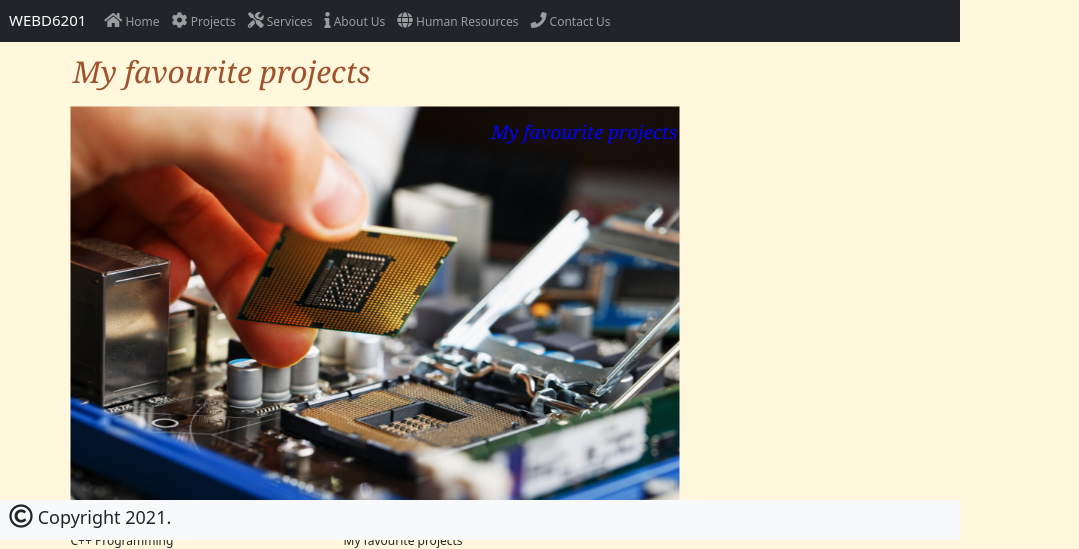
Repository: YiuWingLau/WEBD6201-W2021-Lab1
Page: projects.html
The author's editor kept a copy of each file at every save. The page is drawn from the files as they stood at one save, then again after the next save.
The browser window is 1280 px wide. The page is 1280 px wide, then 1438 px, so the pictures cover 1438 px, including what lies to the right of the window. The pictures show the whole page, at 75% of full size.

Above is the page before, as saved 2021-02-04 20:54:51.

### projects.html
<!DOCTYPE html>
<html lang="en">
<head>
    <meta charset="UTF-8">
    <meta name="viewport" content="width=device-width, initial-scale=1.0">
    <title>Projects</title>

    <!--CSS Section -->
    <link rel="stylesheet" href="./node_modules/bootstrap/dist/css/bootstrap.min.css">
    <link rel="stylesheet" href="./node_modules/@fortawesome//fontawesome-free/css/all.min.css">
    <link rel="stylesheet" href="./Content/app.css">
</head>
<body>
    <!-- Main Header-->
    <header>
      <!-- Main Navigation-->
      <nav class="navbar navbar-expand-lg navbar-dark bg-dark">
          <div class="container-fluid">
            <a class="navbar-brand" href="index.html">WEBD6201</a>
            <button class="navbar-toggler" type="button" data-bs-toggle="collapse" data-bs-target="#navbarSupportedContent" aria-controls="navbarSupportedContent" aria-expanded="false" aria-label="Toggle navigation">
              <span class="navbar-toggler-icon"></span>
            </button>
            <div class="collapse navbar-collapse" id="navbarSupportedContent">
              <ul class="navbar-nav me-auto mb-2 mb-lg-0">

                <li id="navBarIndex" class="nav-item">
                  <a class="nav-link" aria-current="page" href="index.html"><i class="fas fa-home fa-lg"></i> Home</a>
                </li>

                <li id="navBarProjects" class="nav-item">
                  <a class="nav-link active" aria-current="page" href="products.html"><i class="fas fa-cog fa-lg"></i> Products</a>
                </li>

                <li id="navBarServices" class="nav-item">
                  <a class="nav-link" aria-current="page" href="services.html"><i class="fas fa-tools fa-lg"></i> Services</a>
                </li>

                <li id="navBarAboutUs" class="nav-item">
                  <a class="nav-link" aria-current="page" href="about.html"><i class="fas fa-info fa-lg"></i> About Us</a>
                </li>

                <li id="navBarContactUs" class="nav-item">
                  <a class="nav-link" aria-current="page" href="contact.html"><i class="fas fa-phone fa-lg"></i> Contact Us</a>
                </li>

              </ul>
            </div>
          </div>
      </nav>
    </header>
    <!-- Main Content -->
    <main class="container">
    </main>

    <!-- Main Footer -->
    <footer>
        <nav class="navbar fixed-bottom navbar-light bg-light">
            <div class="container-fluid">
              <h4><i class="far fa-copyright fa-lg"></i> Copyright 2021.</a></h4>
            </div>
        </nav>
    </footer>
    <!-- JavaScript Section -->
    <script src="./node_modules/jquery/dist/jquery.min.js"></script>
    <script src="./node_modules/bootstrap/dist/js/bootstrap.bundle.min.js"></script>
    <script src="./Scripts/app.js"></script>
</body>
</html>

### Content/app.css
h1 {
    padding: 15px;
    color: sienna;
    font-family: Cambria, Cochin, Georgia, Times, 'Times New Roman', serif;
    font-style: italic;
}

p {
    padding: 15px;
    color: blue;
    font-family:Cambria, Cochin, Georgia, Times, 'Times New Roman', serif;
    font-style: italic;
    font-size: 25px;
    text-align: justify;
}

body {
    background-color: cornsilk;
}

#homePicture {
    width: 1000px;
    height: 600px;
}

### Scripts/app.js
/* custom JavaScript goes here */

//IIFE - Immediately Invoked Function Expression
//AKA - Anonymous Self-Executing Function
//Closure - limits scope leak

"use strict";

(function()
{
    function displayHome()
    {
      // create heading element
      let homeHeading = document.createElement("h1");
      // configure the element
      homeHeading.setAttribute("id", "homeHeading");
      homeHeading.textContent = "Welcome to WEBD6201";
      // select the parent element
      let mainContent = document.getElementsByTagName("main")[0];
      // Add / Insert the element
      mainContent.appendChild(homeHeading);

      // inject the background image to the home pageinject the background image to the home page
        let myhomebackground = document.createElement("img");
        myhomebackground.setAttribute("id", "homePicture");
        myhomebackground.setAttribute("src", "./images/homepagebackground.jpg");
        myhomebackground.setAttribute("alt", "Computer Programmer");
        mainContent.appendChild(myhomebackground);

        // inject the first paragraph to the home page
        let newParagraph = document.createElement("p");
        newParagraph.setAttribute("id", "paragraphTwo");
        newParagraph.textContent = "We provide the best programming service for you...";
        mainContent.appendChild(newParagraph);
    }

    function displayAbout()
    {
        //create new element Human Resources
        let myPicture = document.createElement("img");
        myPicture.setAttribute("id", "myImage");
        myPicture.setAttribute("src", "./images/img_me.jpg");
        myPicture.setAttribute("alt", "Nelson Lau");
        myPicture.setAttribute("width", "192");
        myPicture.setAttribute("height", "108");

        // Step 1. document.createElement
        let ParagraphOne = document.createElement("p");
        // Step 2. configure the element
        ParagraphOne.setAttribute("id", "myIntroduction");
        ParagraphOne.textContent = "Here are my favourite projects.";
        // Step 3. select the parent element
        let mainContent = document.getElementsByTagName("main")[0];
        mainContent.appendChild(myPicture);
        // Step 4. Add / Insert the element
        mainContent.appendChild(ParagraphOne);
        ParagraphOne.className = "fs-lg";

    }

    function displayProjects()
    {
      // create and add heading to Projects page
      let projectHeading = document.createElement("h1");
      projectHeading.setAttribute("id", "projectHeading");
      projectHeading.textContent = " My favourite projects";
      let mainContent = document.getElementsByTagName("main")[0];
      mainContent.appendChild(projectHeading);


      // create favorite projects element div tag
      let project = document.createElement("div");
      project.setAttribute("class", "container");
      project.setAttribute("id", "project");
      mainContent.appendChild(project);

      // create & insert 1st favorite project detail
      let projectOne = document.createElement("div");
      projectOne.setAttribute("class", "row");
      projectOne.setAttribute("id", "projectOne");
      projectOne.innerHTML = `<div class="row"><div class="col-6"><img id="favHardware" src="./images/hardware.jpg" alt="Hardware Compontent"></div><div class="col-6"><p> My favourite projects</p></div></div>`;
      project.appendChild(projectOne);

      // create & insert 2nd favorite project detail
      let projectTwo = document.createElement("div");
      projectTwo.setAttribute("class", "row");
      projectTwo.setAttribute("id", "projectTwo");
      projectTwo.innerHTML = `<div class="row"><div class="col-4"> Wed Design & Development</div><div class="col-8"> My favourite projects</div></div>`;
      project.appendChild(projectTwo);

      // create & insert 2nd favorite project detail
      let projectThree = document.createElement("div");
      projectThree.setAttribute("class", "row");
      projectThree.setAttribute("id", "projectThree");
      projectThree.innerHTML = `<div class="row"><div class="col-4"> C++ Programming</div><div class="col-8"> My favourite projects</div></div>`;
      project.appendChild(projectThree);
    }

    function displayHumanResources()
    {

    }

    function displayServices()
    {

        // another way of injecting content
        let paragraphDiv = document.createElement("div");
        let paragraphThree = `<p id="paragraphThree" class="fs-7 fw-bold">And this is the Third Paragraph</p>`;
        paragraphDiv.innerHTML = paragraphThree;

        // insertions

        // example of inserting before a node
        // newParagraph.before(paragraphDiv);

        // example of inserting after a node
        newParagraph.after(paragraphDiv);

        // deletions

        // example of removing a single element
        //paragraphOneElement.remove();

        // example of removeChild
       // mainContent.removeChild(paragraphOneElement);
        // update / modification
        //mainContent.firstElementChild.textContent = "Welcome Home!";
    }

    function displayContact()
    {
        let messageArea = document.getElementById("messageArea");
        messageArea.hidden = true;

        // form validation
        let fullName = document.getElementById("fullName");
        fullName.addEventListener("blur", function() {
            if(fullName.value.length < 2)
            {
                fullName.focus();
                fullName.select();
                messageArea.hidden = false;
                messageArea.className = "alert alert-danger";
                messageArea.textContent = "Please enter an appropriate Name";
            }
            else
            {
                messageArea.removeAttribute("class");
                messageArea.hidden = true;
            }
        });

        let sendButton = document.getElementById("sendButton");
        sendButton.addEventListener("click", function(event){
            //event.preventDefault();

            let contact = new Contact(fullName.value, contactNumber.value, emailAddress.value);

            if(contact.serialize())
            {
              localStorage.setItem((localStorage.length + 1).toString(), contact.serialize());
            }

        });
    }

    function displayContactList()
    {
      if (localStorage.length > 0)
      {
        let contactList = document.getElementById("contactList");

        let data = "";

        for (let index = 0; index < localStorage.length; index++)
        {
          let contactData = localStorage.getItem((index + 1).toString());

          let contact = new Contact();
          contact.deserialize(contactData);

          data += `<tr>
          <th scope="row">${index + 1}</th>
          <td>${contact.FullName}</td>
          <td>${contact.ContactNumber}</td>
          <td>${contact.EmailAddress}</td>
        </tr>`;
        }

        contactList.innerHTML = data;
      }
    }

    // function to correct the wrong link and text content in navigation bar
    function changeNavBarName()
    {
        let navName = document.getElementById("navBarProjects");
        navName.innerHTML = `<a class='nav-link' aria-current='page' href='projects.html'><i class="fas fa-cog fa-lg"></i> Projects</a>`;
    }

    // function to add Human Resource element to Nav Bar between About Us and Contact Us
    function addNewNavBarElement()
    {
        //create new element Human Resources
        let newListElement = document.createElement("li");
        newListElement.setAttribute("id", "navBarHumanResources");
        newListElement.setAttribute("class", "nav-item");
        newListElement.innerHTML = `<a class='nav-link' aria-current='page' href='Human-Resources.html'><i class="fas fa-globe fa-lg"></i> Human Resources</a>`;
        // append new element after About Us
        let aboutUsListElement = document.getElementById("navBarAboutUs");
        aboutUsListElement.after(newListElement);
    }

    function Start()
    {
        console.log("App Started...");

        changeNavBarName();

        addNewNavBarElement();

        switch (document.title)
        {
          case "Home":
              displayHome();
            break;
          case "About":
              displayAbout();
            break;
          case "Projects":
              displayProjects();
            break;
          case "Human Resources":
              displayHumanResources();
            break;
          case "Services":
              displayServices();
            break;
          case "Contact":
              displayContact();
            break;
          case "Contact-List":
            displayContactList();
          break;
        }

    }

    window.addEventListener("load", Start);

})();

Loaded but not shown: node_modules/bootstrap/dist/css/bootstrap.min.css (library); node_modules/@fortawesome/fontawesome-free/css/all.min.css (library); node_modules/jquery/dist/jquery.min.js (library); node_modules/bootstrap/dist/js/bootstrap.bundle.min.js (library)

After the next save:
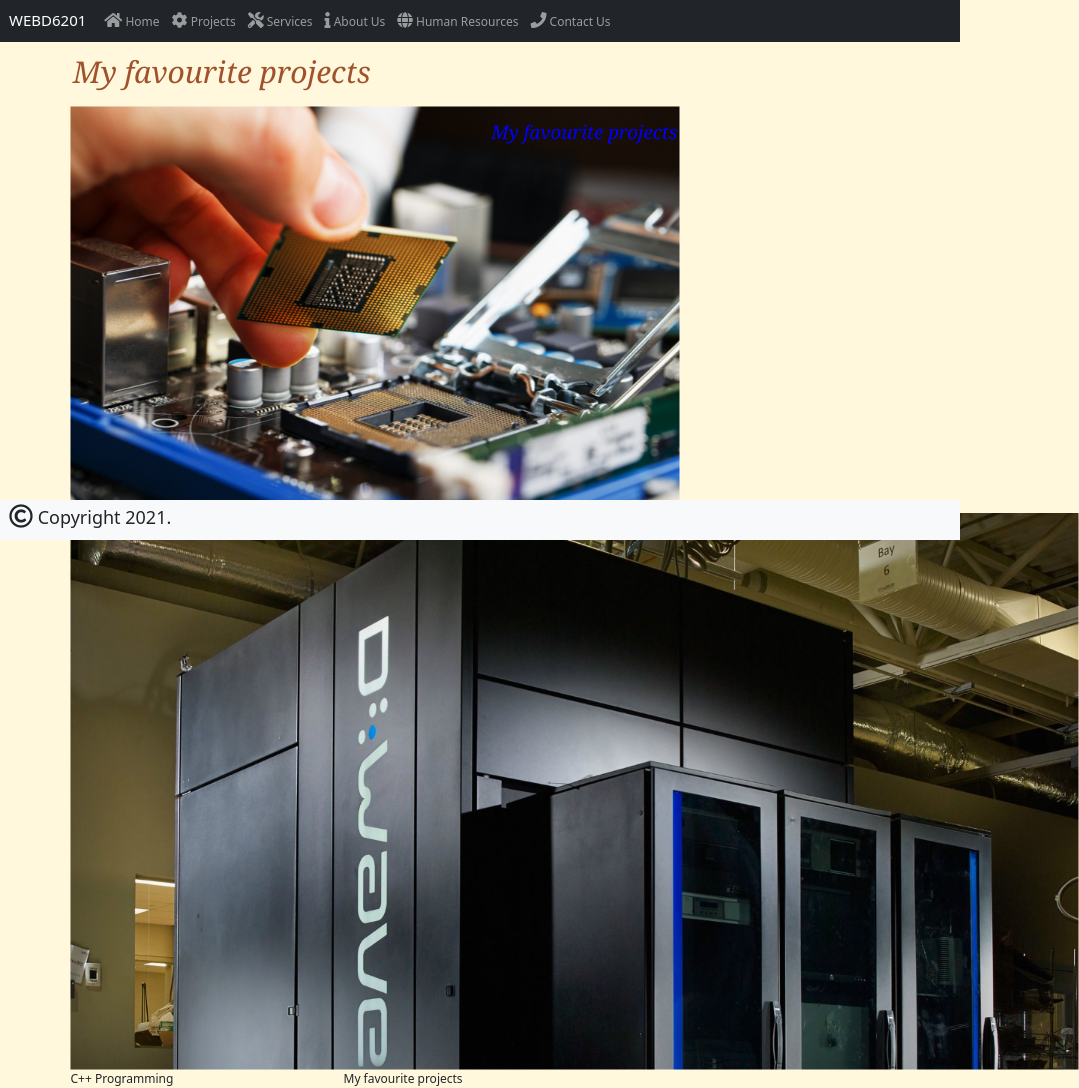
Saved 12 min 10 s later.
--- a/Scripts/app.js
+++ b/Scripts/app.js
@@ -78,14 +78,14 @@
       let projectOne = document.createElement("div");
       projectOne.setAttribute("class", "row");
       projectOne.setAttribute("id", "projectOne");
-      projectOne.innerHTML = `<div class="row"><div class="col-6"><img id="favHardware" src="./images/hardware.jpg" alt="Hardware Compontent"></div><div class="col-6"><p> My favourite projects</p></div></div>`;
+      projectOne.innerHTML = `<div class="row"><div class="col-6"><img id="favHardware" src="./images/hardware.jpg" alt="computer hardware"></div><div class="col-6"><p> My favourite projects</p></div></div>`;
       project.appendChild(projectOne);
 
       // create & insert 2nd favorite project detail
       let projectTwo = document.createElement("div");
       projectTwo.setAttribute("class", "row");
       projectTwo.setAttribute("id", "projectTwo");
-      projectTwo.innerHTML = `<div class="row"><div class="col-4"> Wed Design & Development</div><div class="col-8"> My favourite projects</div></div>`;
+      projectTwo.innerHTML = `<div class="row"><div class="col-4"><img id="favHardware" src="./images/mainframe.jpg" alt="mainframe development"></div><div class="col-8"> My favourite projects</div></div>`;
       project.appendChild(projectTwo);
 
       // create & insert 2nd favorite project detail
